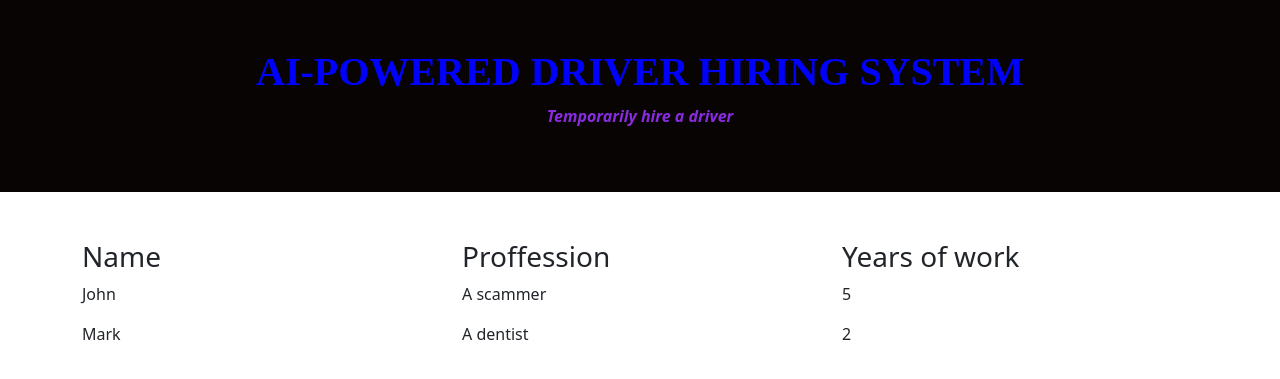
Repository: Wuda2000/AI-powered-Driver-hiring-system
Page: ONE.html
The author's editor kept a copy of each file at every save. The page is drawn from the files as they stood at one save, then again after the next save.
The browser window is 1280 px wide. The pictures show the whole page.

Above is the page before, as saved 2024-12-23 22:35:42.

After the next save:
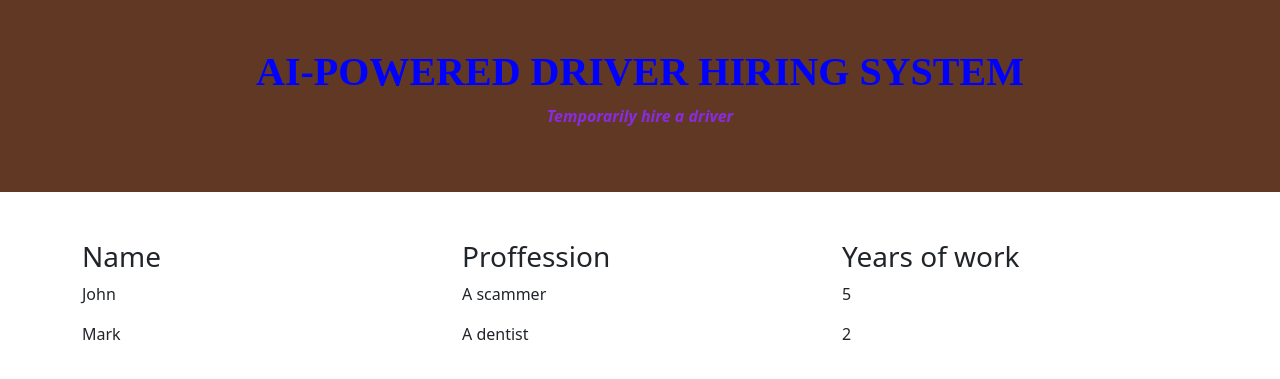
Saved 5 s later.
--- a/ONE.html
+++ b/ONE.html
@@ -10,7 +10,7 @@
 <body>
 
 
-    <div class="container-fluid p-5 text-white text-center" style="background-color:HSL(20 45% 2%);">
+    <div class="container-fluid p-5 text-white text-center" style="background-color:HSL(20 45% 26%);">
         <h1 style="color: blue; font-family:'Times New Roman', Times, serif; " ><b>AI-POWERED DRIVER HIRING SYSTEM</b></h1>
         <p style="color: blueviolet;font-style:italic;"><b>Temporarily hire a driver</b></p>
       </div>
